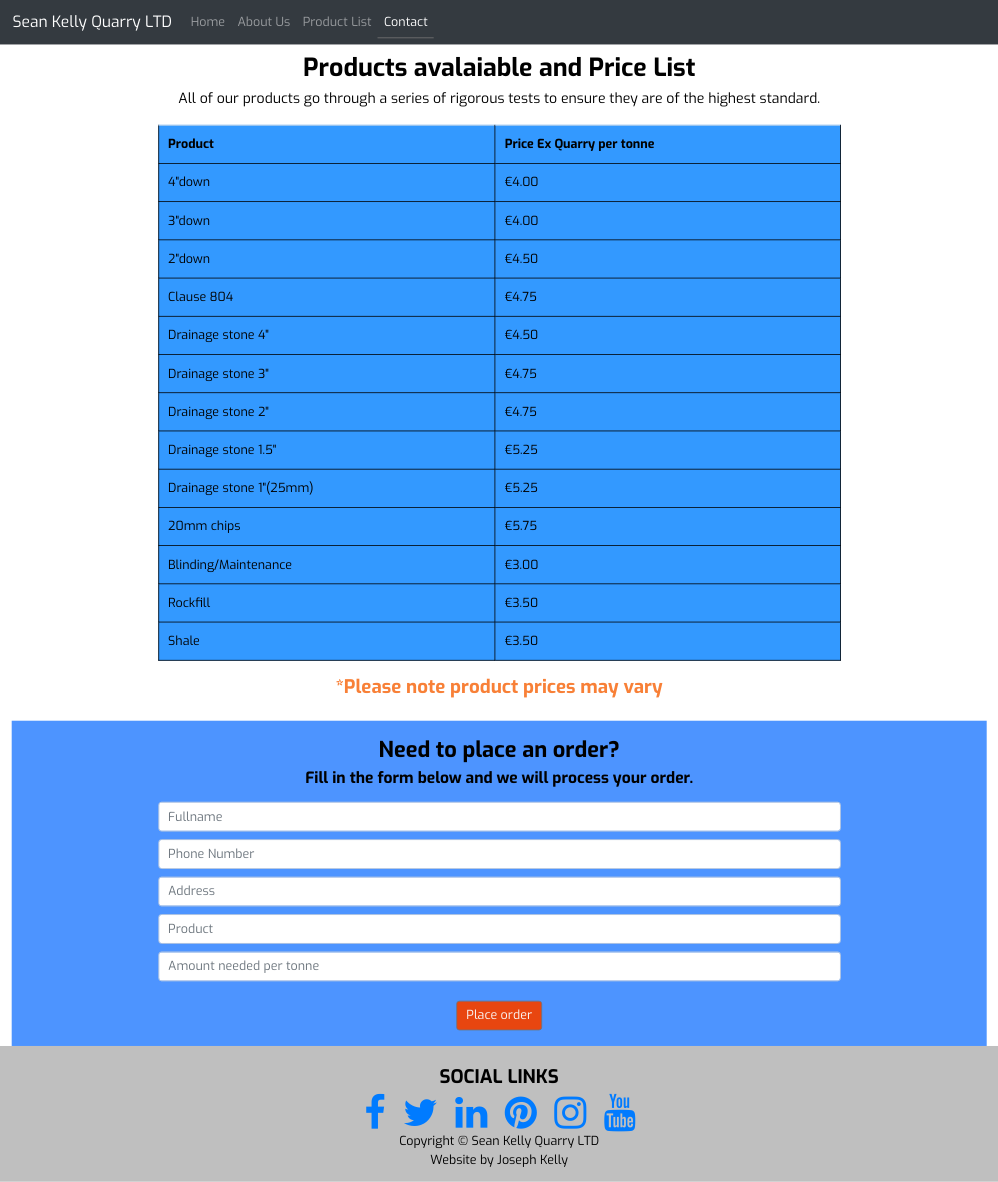
Repository: Code-Institute-Submissions/Sean-Kelly-Quarry
Page: product-list.html
The author's editor kept a record of every edit. The page is drawn from the files as they stood at one moment, then again after the next edit.
The browser window is 1280 px wide. The pictures show the whole page, at 78% of full size.

Above is the page before.

### product-list.html
<!DOCTYPE html>
<html lang="en">
<head>
    <meta charset="UTF-8">
    <meta name="viewport" content="width=device-width, initial-scale=1.0">
    <meta http-equiv="X-UA-Compatible" content="ie=edge">
    <link rel="stylesheet" href="https://stackpath.bootstrapcdn.com/bootstrap/4.4.1/css/bootstrap.min.css" type="text/css" />
    <link rel="stylesheet" href="https://stackpath.bootstrapcdn.com/font-awesome/4.7.0/css/font-awesome.min.css" type="text/css" />
    <link rel="stylesheet" href="assets/css/style.css" type="text/css" />
    <title>Sean Kelly Quarry</title>
</head>
<body>
    <header>                            <!-- inspired by love running mini project-->
        <nav class="navbar navbar-expand-sm navbar-dark bg-dark">
            <a class="navbar-brand" href="#">Sean Kelly Quarry LTD</a>
                <button class="navbar-toggler" type="button" data-toggle="collapse" data-target="#navbarNav" aria-controls="navbarNav" aria-expanded="false" aria-label="Toggle navigation">
                <span class="navbar-toggler-icon"></span>
                </button>
            <div class="collapse navbar-collapse" id="navbarNav">
                <ul class="navbar-nav">
                    <li class="nav-item">
                    <a class="nav-link" href="index.html">Home</a>
                    </li>
                    <li class="nav-item">
                    <a class="nav-link" href="about.html">About Us</a>
                    </li>
                    <li class="nav-item">
                    <a class="nav-link" href="product-list.html">Product List</a>
                    </li>
                    <li class="nav-item active">
                    <a class="nav-link" href="contact.html">Contact</a>
                    </li>
                </ul>
            </div>
        </nav>
    </header>
    <section class="container-fluid">
        <h2 class="product-heading">Products avalaiable and Price List</h2>
        <p class="product-note">All of our products go through a series of rigorous tests to ensure they are of the highest standard.</p>
        <table class="table" align="center">
           <tr>
               <th>
                   Product
               </th>
               <th>
                   Price Ex Quarry per tonne
               </th>
           </tr>
           <tr>
               <td>
                   4"down
               </td>
               <td>
                   €4.00
               </td>
           </tr>
           <tr>
                <td>
                   3"down
               </td>
               <td>
                   €4.00
               </td>
           </tr>
           <tr>
                <td>
                   2"down
               </td>
               <td>
                   €4.50
               </td>
           </tr>
           <tr>
                <td>
                   Clause 804
               </td>
               <td>
                   €4.75
               </td>
           </tr>
           <tr>
                <td>
                    Drainage stone 4"
                </td>
               <td>
                   €4.50
               </td>
           </tr>
           <tr>
                <td>
                   Drainage stone 3"
               </td>
               <td>
                   €4.75
               </td>
           </tr>
           <tr>
                <td>
                   Drainage stone 2"
               </td>
               <td>
                   €4.75
               </td>
           </tr>
           <tr>
                <td>
                   Drainage stone 1.5"
               </td>
               <td>
                   €5.25
               </td>
           </tr>
           <tr>
                <td>
                   Drainage stone 1"(25mm)
               </td>
               <td>
                   €5.25
               </td>
           </tr>
           <tr>
                <td>
                   20mm chips
               </td>
               <td>
                   €5.75
               </td>
           </tr>
           <tr>
                <td>
                   Blinding/Maintenance
               </td>
               <td>
                   €3.00
               </td>
           </tr>
           <tr>
                <td>
                   Rockfill
               </td>
               <td>
                   €3.50
               </td>
           </tr>
           <tr>
                <td>
                   Shale
               </td>
               <td>
                   €3.50
               </td>
           </tr>
        </table>
         <h4 class="product-disclaimer">*Please note product prices may vary</h4>
       <div class="order-form">
           <h3>Need to place an order?</h3>
           <h5>Fill in the form below and we will process your order.</h5>
           <form class="form">
               <input type="text" name="name" id="name" class="form-control input" placeholder="Fullname" required/>
               <input type="tel" name="number" id="phonenumber" class="form-control input" placeholder="Phone Number" required/>
               <input type="text" name="address" id="address" class="form-control input" placeholder="Address" required/>
               <input type="text" name="product" id="product" class="form-control input" placeholder="Product" required/>
               <input type="text" name="tonne" id="tonne" class="form-control input" placeholder="Amount needed per tonne" required/>
               <div class="form-row text-center">
                   <div class="col">
                       <button type="submit" class="btn btn-secondary">Place order</button>
                   </div>
               </div>
           </form>
       </div>
    </section>
    <footer class="container-fluid">                         <!-- inspired by UCD resume mini project-->
        <div id="footer-details" class="row">
            <div class="col-sm">
                <h4 class="uppercase footer-info">Social Links</h4>
                <ul class="list-inline social-links">
                    <li class="list-inline-item">
                        <a target="_blank" href="#">
                            <i class="fa fa-facebook fa-3x" aria-hidden="true"></i>
                            <span class="sr-only">Facebook</span>
                        </a>
                    </li>
                    <li class="list-inline-item">
                        <a target="_blank" href="#">
                            <i class="fa fa-twitter fa-3x" aria-hidden="true"></i>
                            <span class="sr-only">Twitter</span>
                        </a>
                    </li>
                    <li class="list-inline-item">
                        <a target="_blank" href="#">
                            <i class="fa fa-linkedin fa-3x" aria-hidden="true"></i>
                            <span class="sr-only">LinkedIn</span>
                        </a>
                    </li>
                    <li class="list-inline-item">
                        <a target="_blank" href="#">
                            <i class="fa fa-pinterest fa-3x" aria-hidden="true"></i>
                            <span class="sr-only">pinterest</span>
                        </a>
                    </li>
                    <li class="list-inline-item">
                        <a target="_blank" href="#">
                            <i class="fa fa-instagram fa-3x" aria-hidden="true"></i>
                            <span class="sr-only">Instagram</span>
                        </a>
                    </li>
                    <li class="list-inline-item">
                        <a target="_blank" href="#">
                            <i class="fa fa-youtube fa-3x" aria-hidden="true"></i>
                            <span class="sr-only">Youtube</span>
                        </a>
                    </li>
                    <p class="copyright">Copyright &#169; Sean Kelly Quarry LTD</p>
                    <p>Website by Joseph Kelly</p>
                </ul>
            </div>
        </div>
    </footer>                                         <!-- inspired by UCD resume mini project-->
</body>
</html>

### assets/css/style.css
@import url('https://fonts.googleapis.com/css?family=Exo:100,200,300,400,500,600,700|Roboto:100,200,300,400,500,600,700&display=swap');

*{
    margin: 0;
    padding: 0;
    border: 0;
}

/* ---------------------------------------------header*/

body {
    font-family: "Exo";
    color: #777777;
}


#menu a:hover {
    border-bottom: 1px solid #777777;
}

.active {
    border-bottom: 1px solid #777777;
}

/* ---------------------------------------------hero image*/

@keyframes slideshow {
	10% {left: 0;}
	20% {left: 0;}
	30% {left: 0;}
	40% {left: -100%;}
	50% {left: -100%;}
	60% {left: -100%;}
	70% {left: -200%;}
	80% {left: -200%;}
	90% {left: -200%;}
	100% {left: -200%}
}


#slider{overflow:hidden;width:100%;margin:5px auto; border: 5px solid transparent;border-radius: 10px;}
#slider figure img{width:33.33%;height:700px;float:left;}
#slider figure{position:relative;width:300%;margin:0;left:0;text-align:left;animation:20s slideshow infinite}
@media screen and (max-width: 767px) {#slider {overflow: hidden; width: 100%; margin: 0 auto;}}

/* ---------------------------------------------about/meet*/

h3, h2, h4, h5 {
    font-family: "Exo", sans-serif;
    font-weight: bold;
    text-align: center;
    color: #000000;
}

.about {
    background-color: #3399ff;
    color: #000000;
    padding-top: 10px;
    text-align: center;
    overflow: hidden;
}

.about-info {
    margin-left: 15px;
    margin-right: 15px;
    padding-bottom: 10px;
}

.our-team {
    margin-top: 10px;
    padding-bottom: 20px;
}

.team {
   margin-top: 5px;
   margin-bottom: 5px;
   font-family: "Exo", sans-serif;
}

.team-border {
    overflow: hidden;
    border: outset 2px;
    border-radius: 200px;
    padding-left: 20px;
    padding-right: 20px;
}

.meet-icon {
    margin-top: 5px;
    margin-bottom: 5px;
}

.history {
    border: outset;
    border-radius: 100px;
    border-color: #000000;
}

.who-we-are {
    border: outset;
    border-radius: 100px;
    border-color: #000000;
}

.what-we-do {
    border: outset;
    border-radius: 100px;
    border-color: #000000;
}

.heading {
    padding-top: 10px;
}


/* ---------------------------------------------footer*/

footer {
    color: #000000;
    padding-top: 25px;
    background-color: #bfbfbf;
    display: inline-block;
}

.footer-info {
    font-weight: bold;
    text-align: center;
}

.list-inline-item {
    margin-left: 10px;
    margin-right: 10px;
}

.uppercase {
    text-transform: uppercase;
}

.social-links {
    text-align: center;
}

p {
    text-align: center;
    color: #000000;
}

.copyright {
    margin-bottom: 0;
}

/* ---------------------------------------------product list/order form*/

.table {
    width: 70%;
    margin-left: auto;
    margin-right: auto;
    margin-top: 20px;
    margin-bottom: 20px;
    background-color: #3399ff;
    color: #000000;
    border-collapse: collapse;
}

table, th, td {
  border: 1px solid black;
}

.product-heading {
    margin-top: 10px;
    color: #000000;
}

.product-note {
    font-size: large;
}

.product-disclaimer {
    color: #f88037;
    text-align: center;
    padding-bottom: 20px;
}

.order-form {
    font-family: "Exo", sans-serif;
    color: #000000;
    padding-top: 20px;
    display: block;
    text-align: center;
    background-color: #4d94ff;
}

/* ---------------------------------------------contact*/


.mapouter{
    position: relative;
    text-align: center;
    height: 400px;
    width: 100%;
    margin-top: 20px;
}

.gmap_canvas {
    overflow: hidden;
    background: none!important;
    height: 400px;
    width: 60%;
    margin-left: 20%;
    margin-right: 20%;
    border: outset;
    border-color: #3399ff;;
}

.contact-info {
    font-family: "Exo", sans-serif;
    color: #000000;
    text-align: center;
    margin-top: 80px;
}

button[type="submit"] {
    margin-top: 15px;
    margin-bottom: 20px;
    color: #fafafa;
    background-color: #e84610;
}


.form {
    display: inline-block;
    margin-left: 15%;
    margin-right: 15%;
    width: 70%;
}

.input {
    margin-top: 10px;
    margin-bottom: 10px;
}

.contact-section {
    margin-top: 25px;
    background-color: #3399ff;
    padding-bottom: 20px;
}

.contact {
    border: outset;
    border-radius: 200px;
    border-color: #000000;
}

.form-section {
    padding-top: 20px;
}

/* ---------------------------------------------media queries*/

@media(min-width: 992px) {
    .center-form {
        padding-top: 30px;
        min-height: 240px;
        margin: 0 auto;
        max-width: 50%;
    }
}

After the next edit:
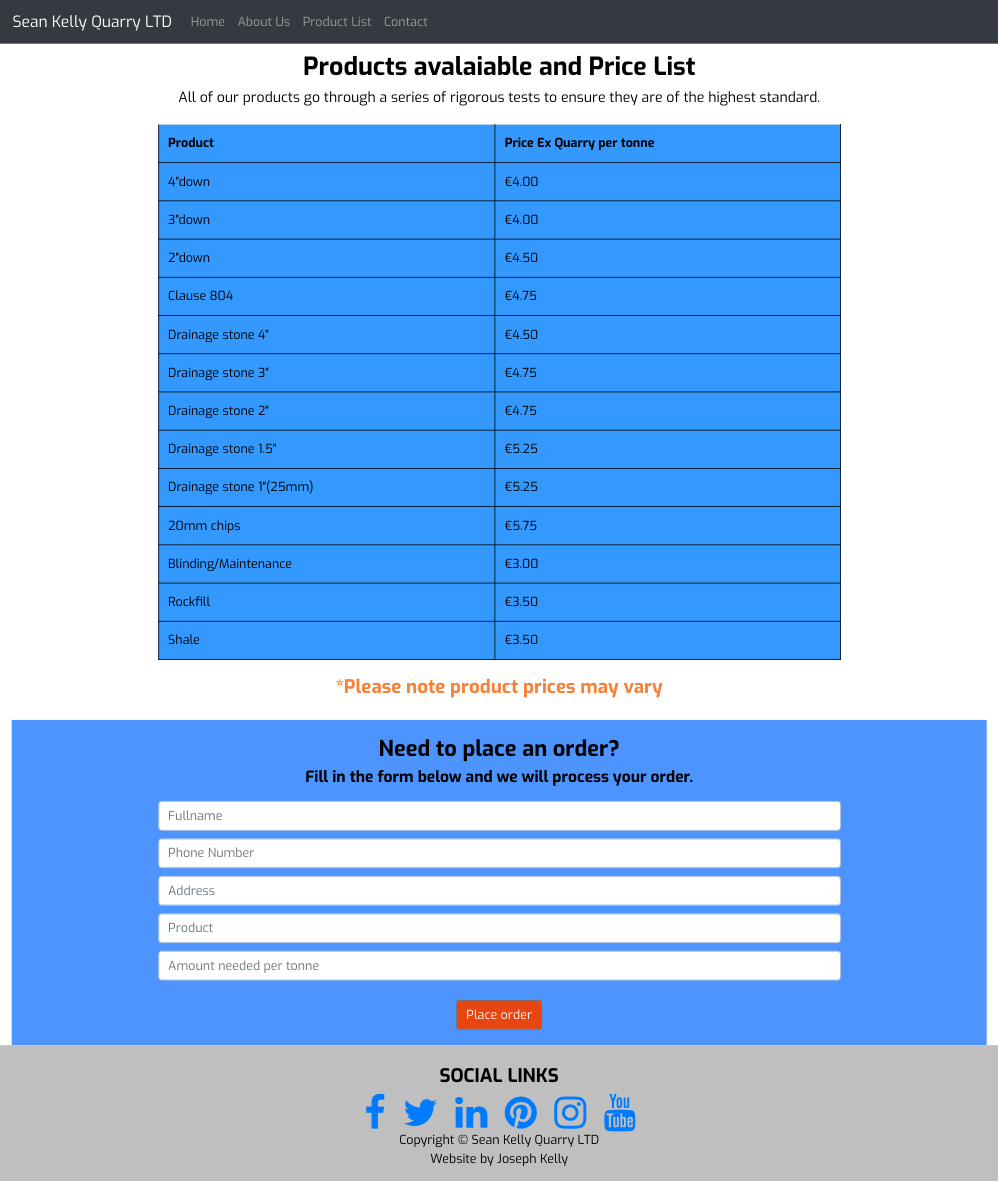
The edit:
--- a/product-list.html
+++ b/product-list.html
@@ -27,7 +27,7 @@
                     <li class="nav-item">
                     <a class="nav-link" href="product-list.html">Product List</a>
                     </li>
-                    <li class="nav-item active">
+                    <li class="nav-item">
                     <a class="nav-link" href="contact.html">Contact</a>
                     </li>
                 </ul>

After the edit that followed:
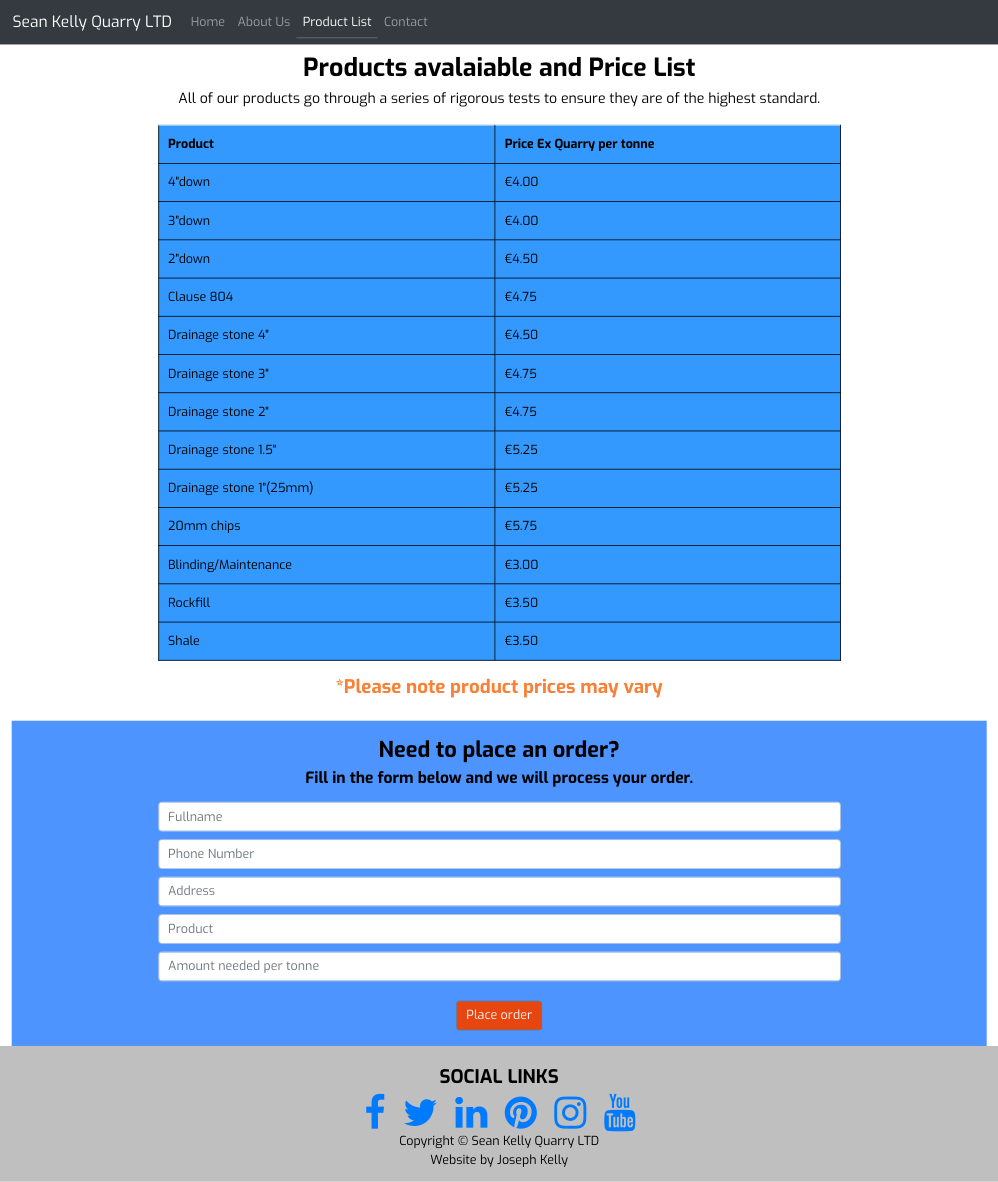
The edit:
--- a/product-list.html
+++ b/product-list.html
@@ -24,7 +24,7 @@
                     <li class="nav-item">
                     <a class="nav-link" href="about.html">About Us</a>
                     </li>
-                    <li class="nav-item">
+                    <li class="nav-item active">
                     <a class="nav-link" href="product-list.html">Product List</a>
                     </li>
                     <li class="nav-item">
